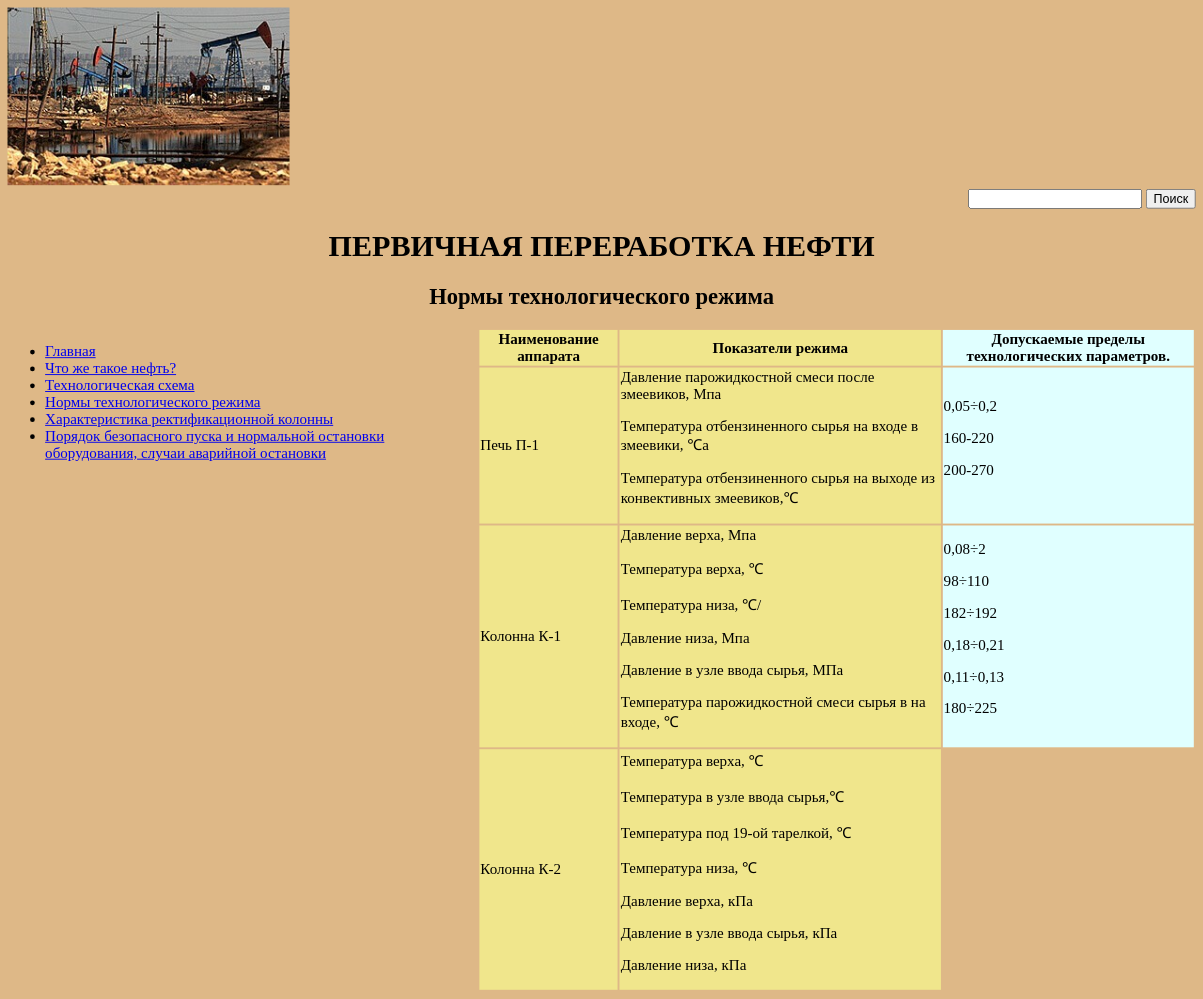
Repository: NastyaSeleznev/NastyaSeleznev.githab.io
Page: week1/norm.html
The author's editor kept a record of every edit. The page is drawn from the files as they stood at one moment, then again after the next edit.
The browser window is 1280 px wide. The pictures show the whole page, at 94% of full size.

Above is the page before.

### week1/norm.html
<!doctype html>
	<html>
		<head>
			<meta charset="utf-8">
			<link href="style.css" rel="stylesheet">
		<title>Технологическая схема</title>
		</head>
		<body>
			<header>
		<img src="dobycha-nefti.jpg">
		<form action="https://www.google.com/search" method="get" align="right">
  <input type="Искать здесь..." name="search">
  <input type="submit" value="Поиск">
</form>
		<h1 align="center">ПЕРВИЧНАЯ ПЕРЕРАБОТКА НЕФТИ</h1>
			</header>
				<h2 align="center">Нормы технологического режима</h2>
				<div id="flex"
			<nav>
					<ul>
	<li><a href="index.html">Главная</a></li>
	<li><a href="nevti.html">Что же такое нефть?</a></li>
	<li><a href="sxem.html">Технологическая схема</a></li>
	<li><a href="norm.html">Нормы технологического режима</a></li>
	<li><a href="harakter.html">Характеристика ректификационной колонны</a></li>
	<li><a href="por.html">Порядок безопасного пуска и нормальной остановки оборудования, случаи аварийной остановки</a></li>
	</ul>
	</nav>
				<main>
				  <table>
  <colgroup>
    <col span="2" style="background:Khaki"><!-- С помощью этой конструкции задаем цвет фона для первых двух столбцов таблицы-->
    <col style="background-color:LightCyan"><!-- Задаем цвет фона для следующего (одного) столбца таблицы-->
  </colgroup>
  <tr>
    <th>Наименование аппарата</th>
    <th>Показатели режима</th>
    <th>Допускаемые пределы технологических параметров.</th>
  </tr>
  <tr>
    <td>Печь П-1</td>
    <td>Давление парожидкостной смеси после змеевиков, Мпа
   <p> Температура отбензиненного сырья на
входе в  змеевики, ℃а
<p> Температура отбензиненного сырья
на выходе из конвективных змеевиков,℃<p></td>
    <td>0,05÷0,2
    <p>160-220<p>
      <p>200-270</td>
  </tr>
  <tr>
    <td>Колонна К-1</td>
    <td>Давление верха, Мпа
<p>Температура верха, ℃</p>
<p>Температура низа, ℃/<p>
<p>Давление низа, Мпа</p>
<p>Давление в узле ввода сырья, МПа</p>
<p>Температура парожидкостной смеси сырья в на входе, ℃</p>
</td>
    <td>0,08÷2</p>
<p>98÷110</p>
<p>182÷192</p>
<p>0,18÷0,21</p>
<p>0,11÷0,13</p>
<p>180÷225</p>
 </tr>
  <tr>
    <td>Колонна К-2</td>
    <td>Температура верха, ℃
<p>Температура в узле ввода сырья,℃</p>
<p>Температура под 19-ой тарелкой, ℃</p>
<p>Температура низа, ℃</p>
<p>Давление верха, кПа</p>
<p>Давление в узле ввода сырья, кПа</p>
<p>Давление низа, кПа</p>
</td>
  </tr>
</table>
	</main>
			</div>
		</body>
	</html>
	<main>

### week1/style.css
body {
  background-color: #DEB887;
}
#flex {
  display: flex;
  flex-direction: row;
  justify-content: flex-start;
}

nav {
     background-color: #DA70D6;
}

After the next edit:
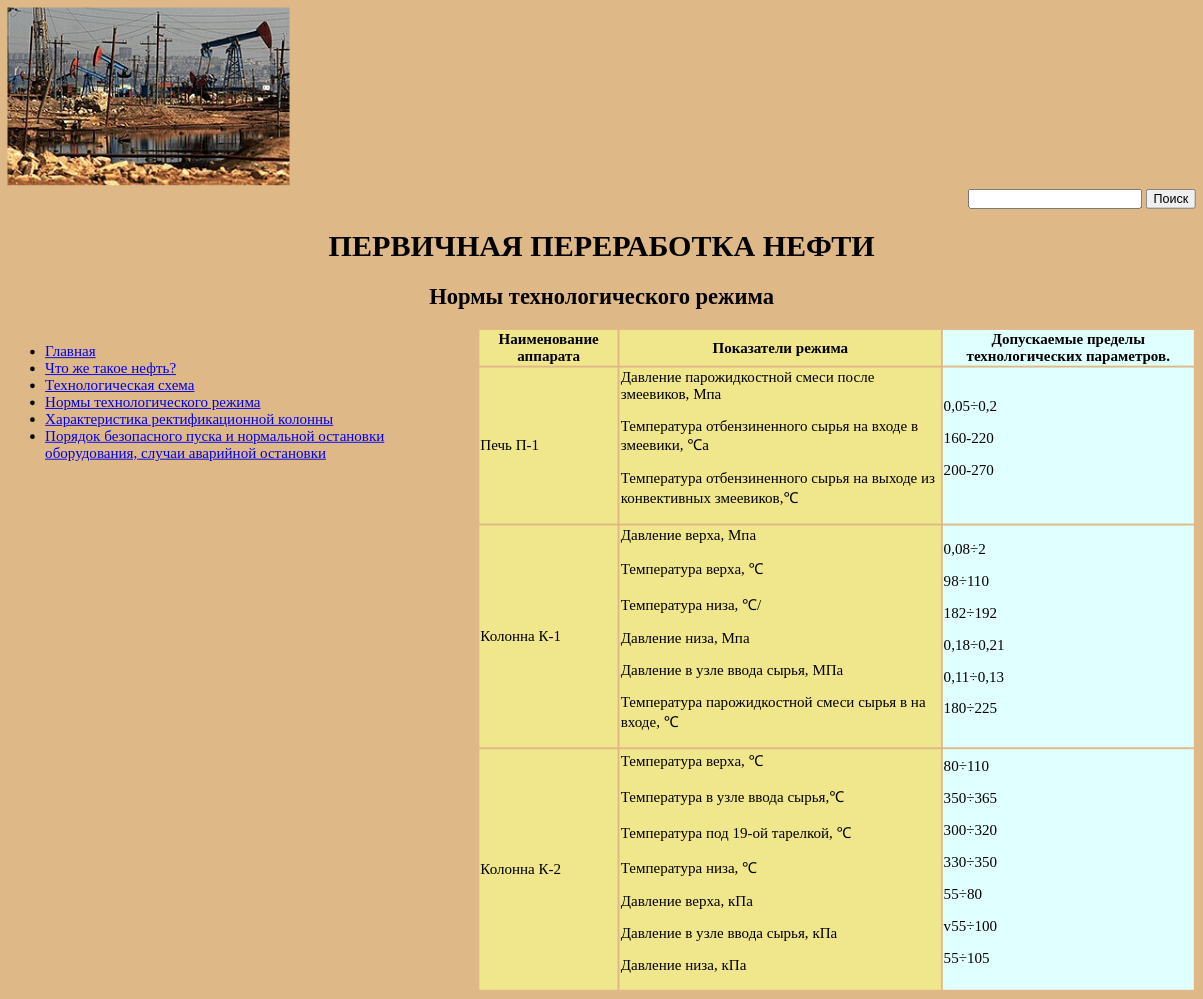
The edit:
--- a/week1/norm.html
+++ b/week1/norm.html
@@ -74,6 +74,14 @@
 <p>Давление в узле ввода сырья, кПа</p>
 <p>Давление низа, кПа</p>
 </td>
+    <td>80÷110
+<p>350÷365</p>
+<p>300÷320</p>
+<p>330÷350</p>
+<p>55÷80</p>
+v55÷100</p>
+<p>55÷105</p>
+</td>
   </tr>
 </table>
 	</main>
